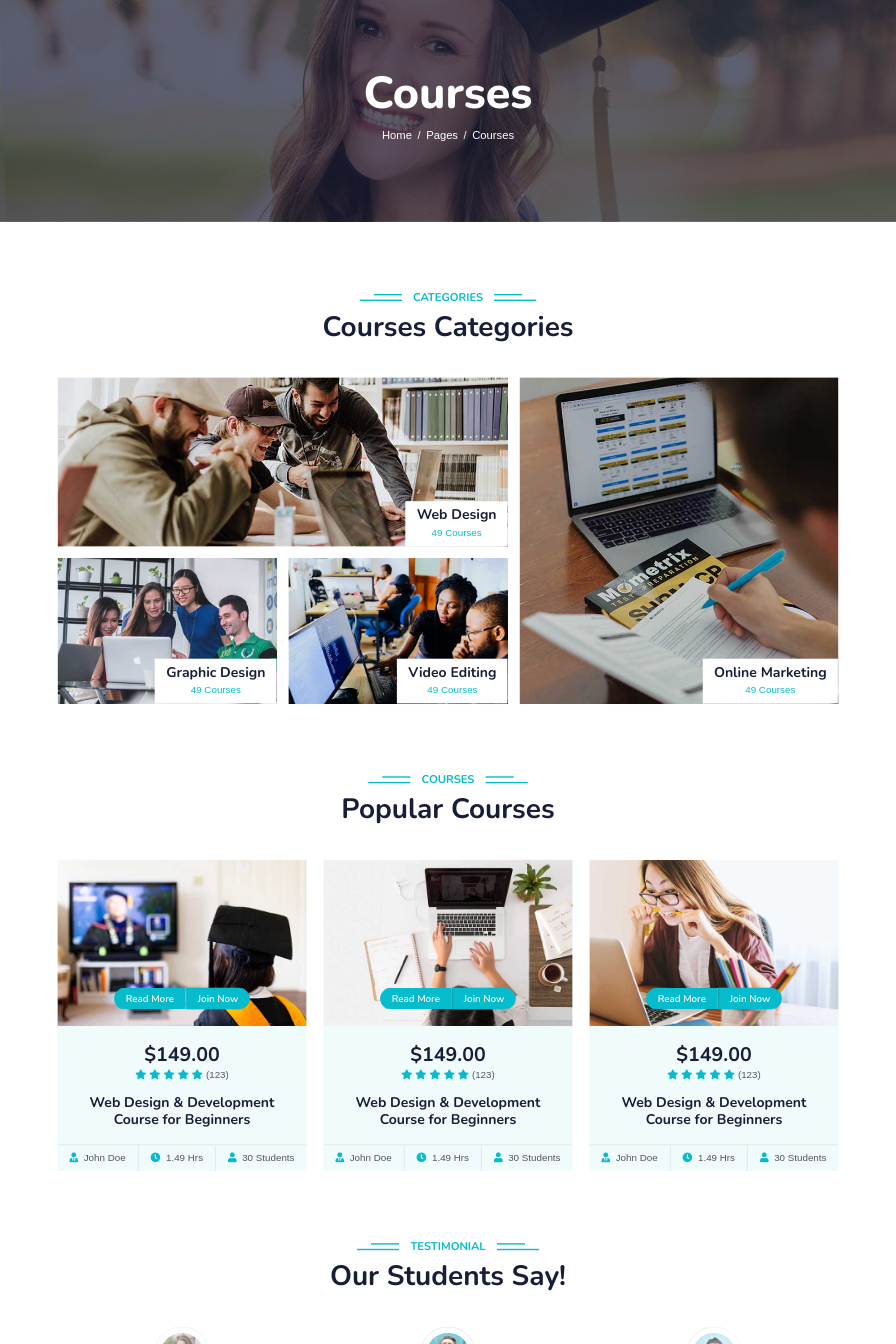
Repository: Arumugam2002/ARUMUGAM-TOPS-DAILY-TASKS
Page: http://localhost/courses
These files come from the project's save history. The page is drawn as it stood at one moment and after the next save; the edit follows.
The browser window is 1280 px wide. The pictures show the part of the page from y = 0 to 1920 px (the page is 2765 px tall before and 2840 px after), at 70% of full size.
Some web fonts or font styles are not loaded; a fallback is used. Some web libraries are served in a nearby version. The page is this project's Thymeleaf template; nobody is signed in. The template is opened directly, without the code that normally fills it, so the values that code supplies are empty.

Above is the page before, as saved 2024-07-16 07:06:45.

After the next save:
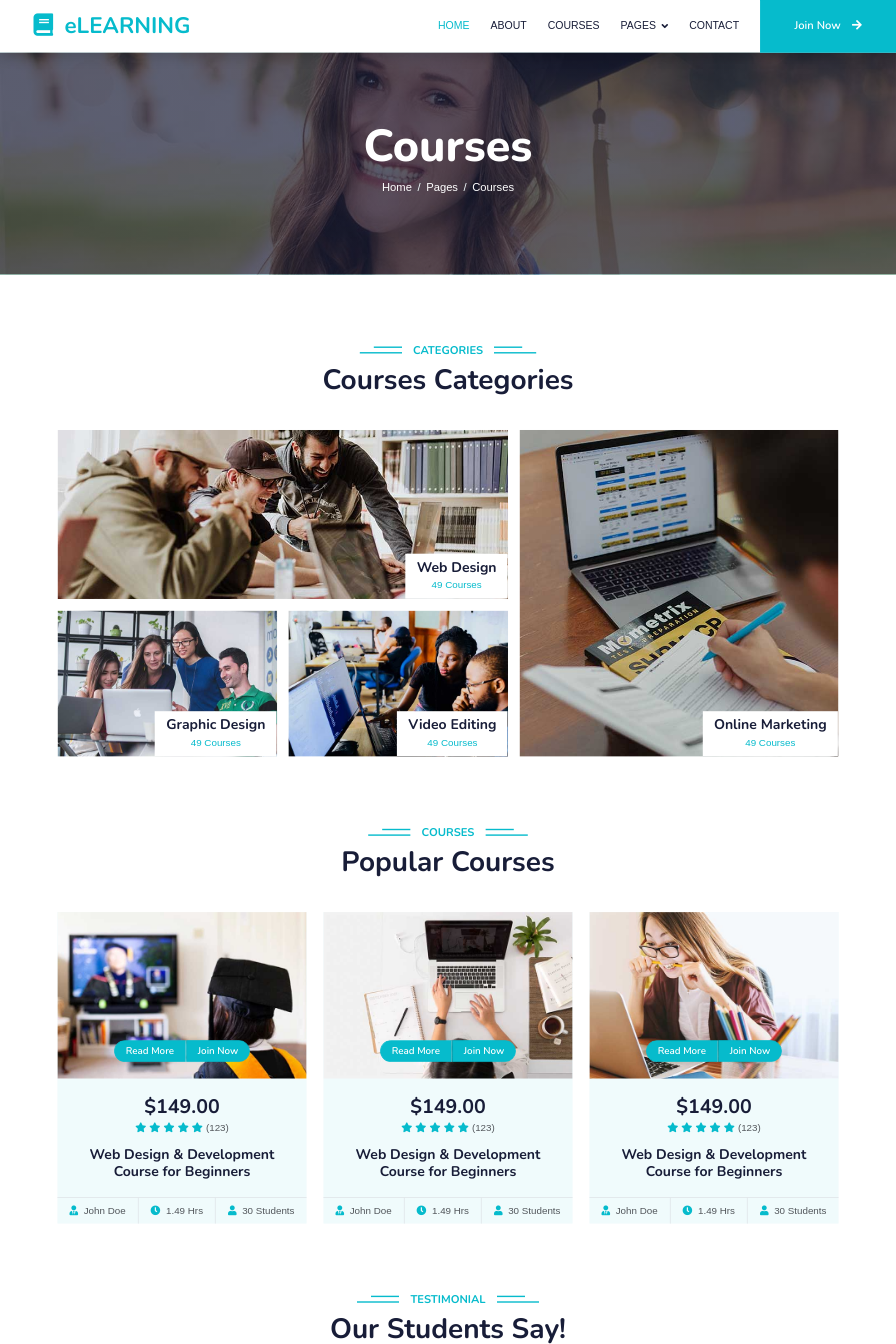
Saved 8 s later.
--- a/Java SpringBoot/Spring_Eclipse/SpringwithTemplate/src/main/resources/templates/courses.html
+++ b/Java SpringBoot/Spring_Eclipse/SpringwithTemplate/src/main/resources/templates/courses.html
@@ -1,7 +1,7 @@
 <!DOCTYPE html>
 <html lang="en">
 	<head th:replace="/fragments/head :: head"></head>
-
+	<head th:replace="/fragments/header :: header"></head>
 
 <body>
 
